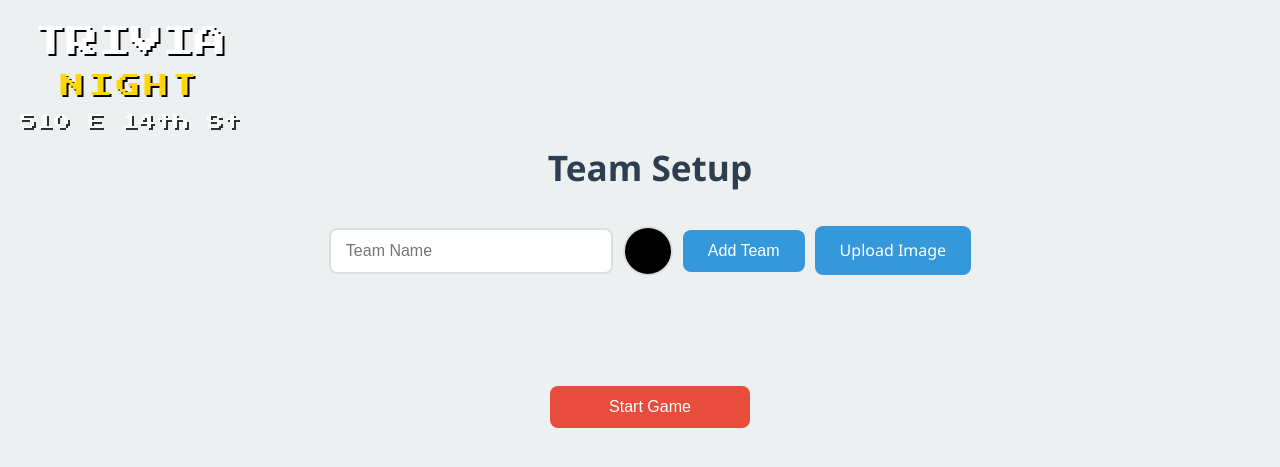
Repository: oscarfco/oscarfco.github.io
Page: projects/trivia_night/index.html
The author's editor kept a copy of each file at every save. The page is drawn from the files as they stood at one save, then again after the next save.
The browser window is 1280 px wide. The pictures show the whole page.

Above is the page before, as saved 2025-01-26 01:28:04.

After the next save:
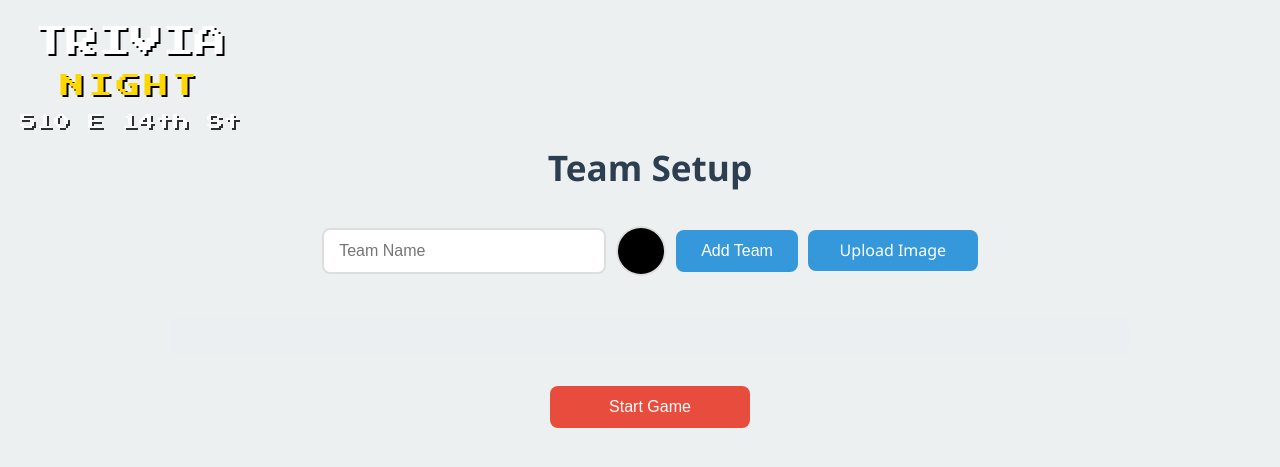
Saved 29 s later.
--- a/projects/trivia_night/index.html
+++ b/projects/trivia_night/index.html
@@ -178,12 +178,14 @@
         .image-upload-label {
             background-color: var(--secondary-color);
             color: white;
-            padding: 12px 25px;
+            padding: 8px 25px;
             border-radius: var(--border-radius);
             cursor: pointer;
             font-size: 16px;
             font-weight: 500;
             transition: all 0.3s ease;
+            width: 120px;
+            text-align: center;
         }
 
         .image-upload-label:hover {
@@ -652,12 +654,14 @@
         .image-upload-label {
             background-color: var(--secondary-color);
             color: white;
-            padding: 12px 25px;
+            padding: 8px 25px;
             border-radius: var(--border-radius);
             cursor: pointer;
             font-size: 16px;
             font-weight: 500;
             transition: all 0.3s ease;
+            width: 120px;
+            text-align: center;
         }
 
         .image-upload-label:hover {
@@ -736,12 +740,14 @@
         .image-upload-label {
             background-color: var(--secondary-color);
             color: white;
-            padding: 12px 25px;
+            padding: 8px 25px;
             border-radius: var(--border-radius);
             cursor: pointer;
             font-size: 16px;
             font-weight: 500;
             transition: all 0.3s ease;
+            width: 120px;
+            text-align: center;
         }
 
         .image-upload-label:hover {
